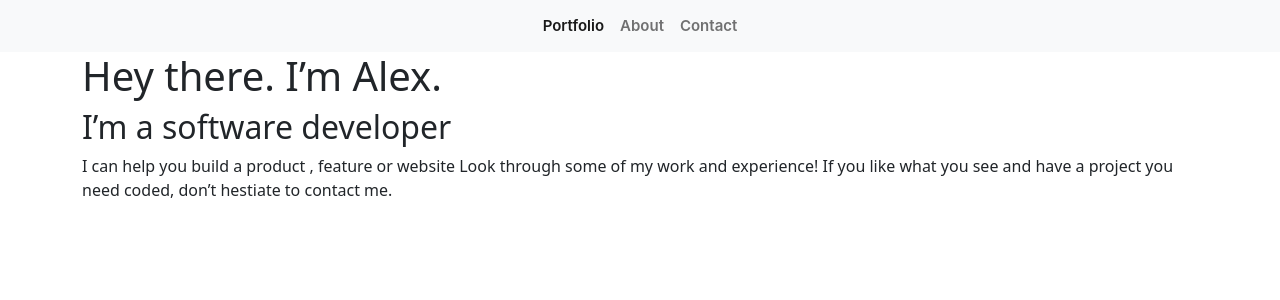
Repository: mustabbas/mustDico-Bootstrap
Page: index.html
These files come from the project's save history. The page is drawn as it stood at one moment and after the next save; the edit follows.
The browser window is 1280 px wide. The pictures show the whole page.

Above is the page before, as saved 2021-08-25 20:31:31.

After the next save:
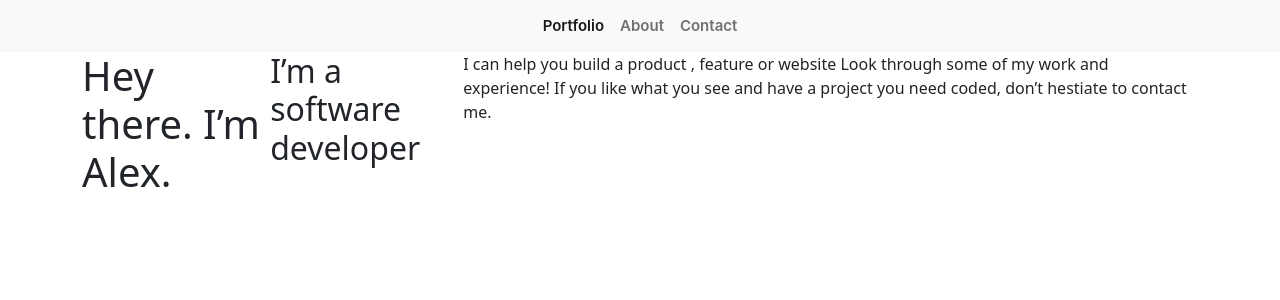
Saved 57 s later.
--- a/index.html
+++ b/index.html
@@ -30,7 +30,7 @@
           </div>
         </div>
       </nav>
-      <section class="container justify-content-center">
+      <section class="container d-flex justify-content-center">
             <h1>Hey there. I’m Alex.</h1>
             <h2>I’m a software developer</h2>
             <p> I can help you build a product , feature or website Look through some of my work and experience! If you like what you see and have a project you need coded,

After the save that followed:
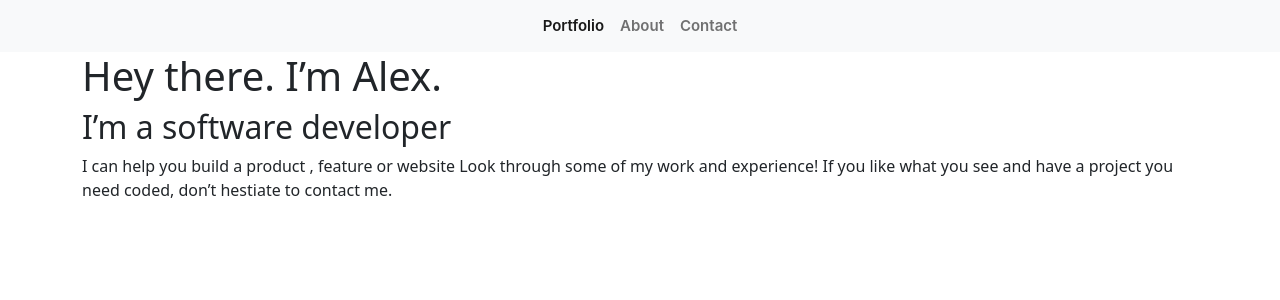
Saved 26 s later.
--- a/index.html
+++ b/index.html
@@ -30,7 +30,7 @@
           </div>
         </div>
       </nav>
-      <section class="container d-flex justify-content-center">
+      <section class="container flex-column justify-content-center">
             <h1>Hey there. I’m Alex.</h1>
             <h2>I’m a software developer</h2>
             <p> I can help you build a product , feature or website Look through some of my work and experience! If you like what you see and have a project you need coded,
